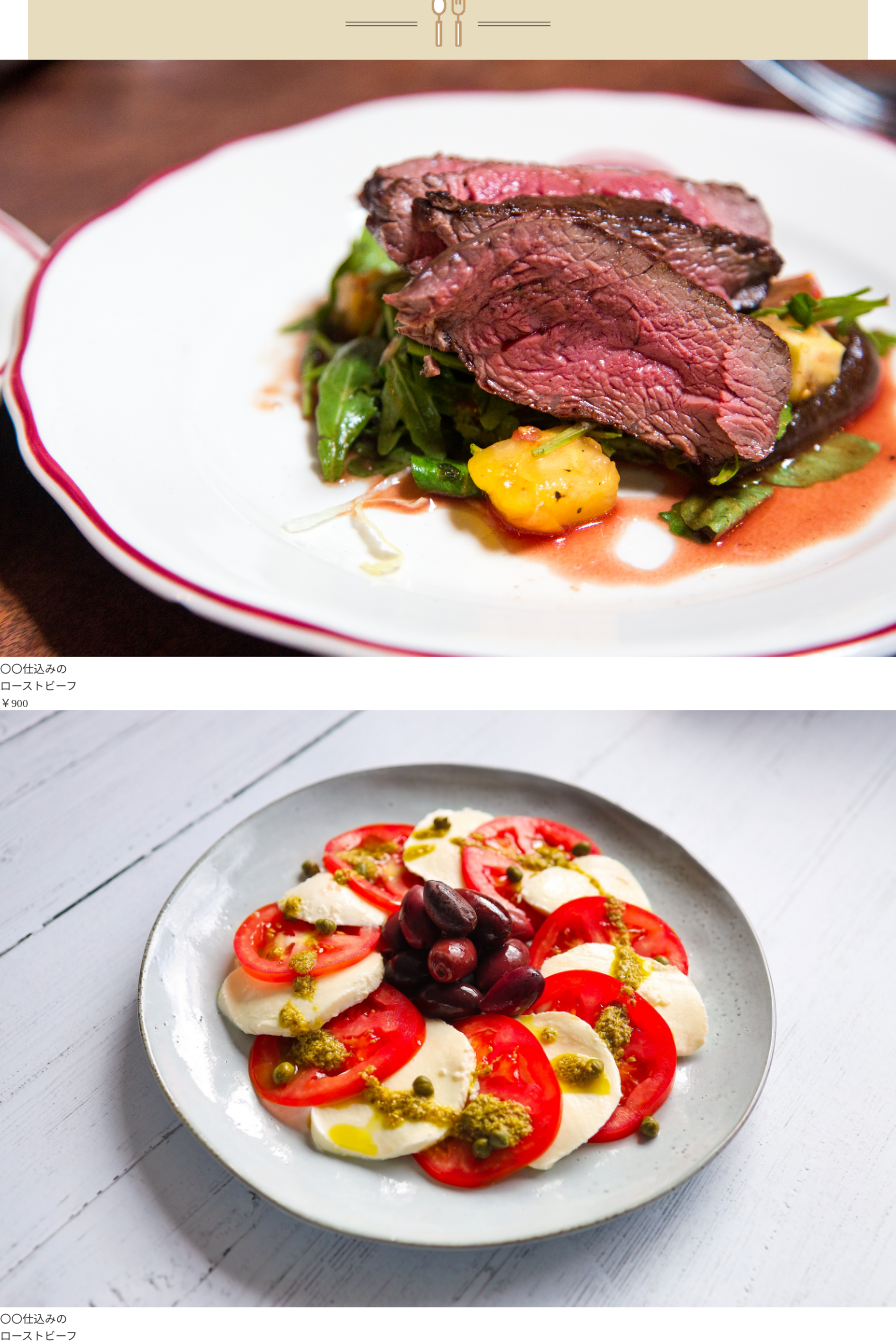
Repository: konatsu-0806/demo-site
Page: FromFigma/index.html
An editor plug-in stored every save of this project. The page is shown before and after the next save, followed by the edit.
The browser window is 1280 px wide. The pictures show the part of the page from y = 3558 to 5478 px (the page is 5478 px tall before and 5430 px after), at 70% of full size.

Above is the page before, as saved 2023-02-13 16:58:07.

After the next save:
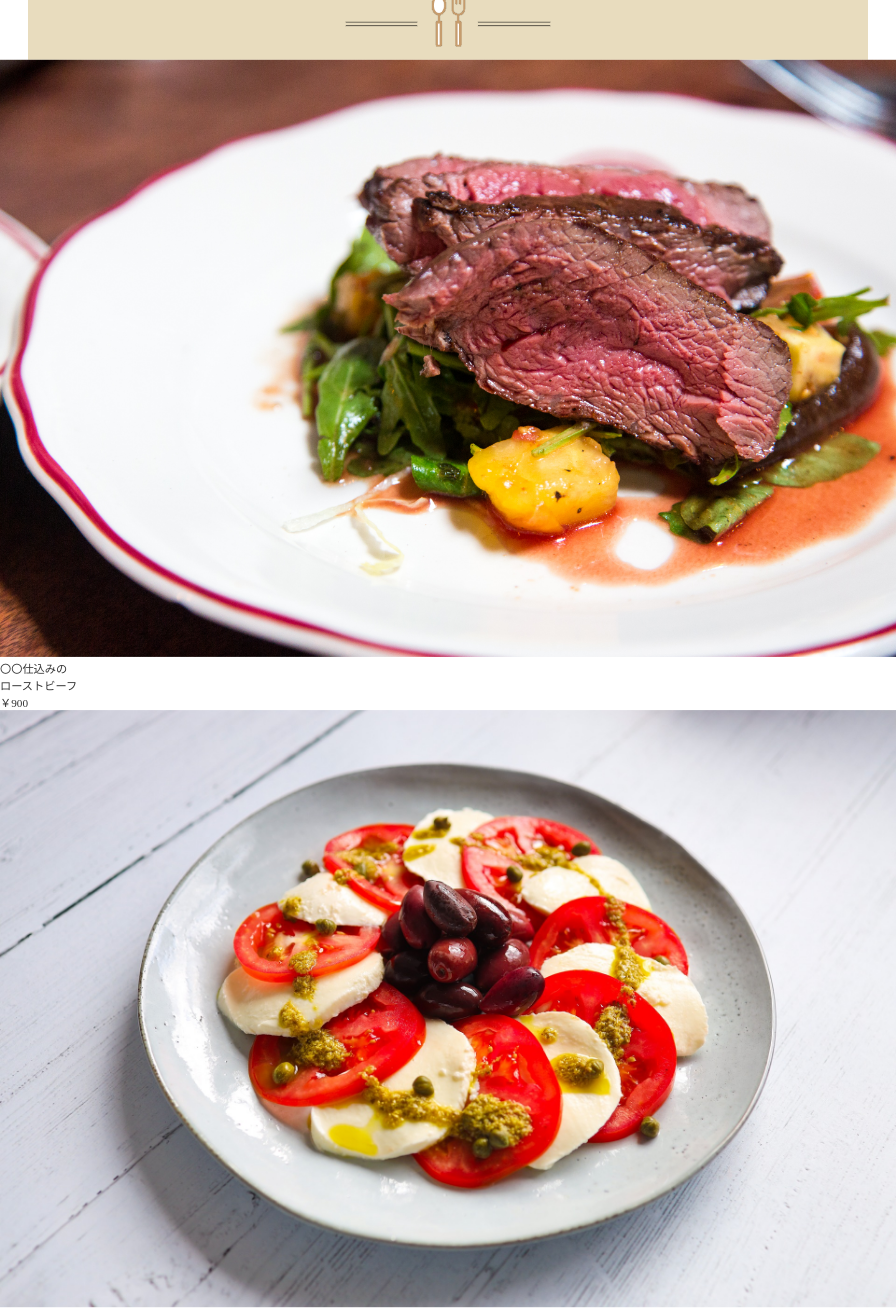
Saved 12 s later.
--- a/FromFigma/index.html
+++ b/FromFigma/index.html
@@ -155,8 +155,7 @@
   </div>
   <div class="dish2">
     <img src="img/mozzarella-salad-g85af32bc5_1920.jpg" alt="">
-    <p>〇〇仕込みの<br />
-      ローストビーフ
+    <p>
     </p>
   </div>
 </body>
